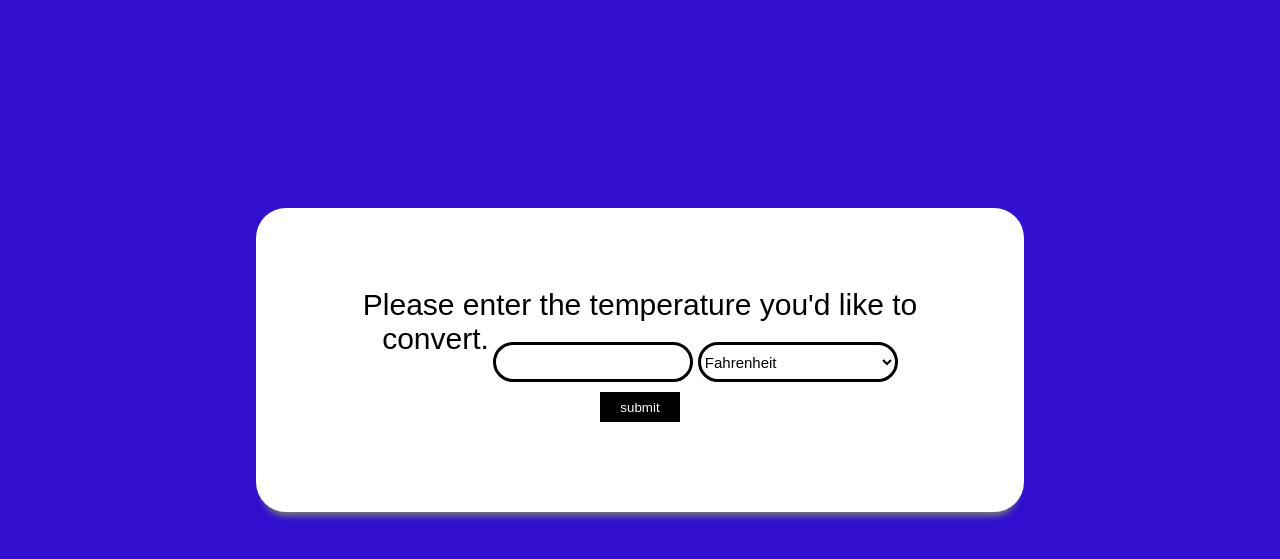
Repository: Mayur2905/OIBSIP
Page: Task-4/index.html
These files come from the project's save history. The page is drawn as it stood at one moment and after the next save; the edit follows.
The browser window is 1280 px wide. The pictures show the whole page.

Above is the page before, as saved 2022-02-03 23:18:09.

### Task-4/index.html
<!DOCTYPE html>
<html lang="en">
<head>
    <meta charset="UTF-8">
    <meta http-equiv="X-UA-Compatible" content="IE=edge">
    <meta name="viewport" content="width=device-width, initial-scale=1.0">
    <title>Document</title>
    <link rel="stylesheet" href="style.css">
</head>
<body>
    <script type="text/javascript">
        function convert(){
            const temp = document.getElementById('temp').value;
            const ty = document.getElementById('type').value;
            if(ty == 'fah' )
            {
                var f = (temp*1.8)+32;
                document.getElementById('result').innerHTML=`= ${f}°Fahrenheit`;
            }
            else{
                var f= (temp*1) + 273.15;
                document.getElementById('result').innerHTML=`= ${f}°Kelvin`;
            }


        }
    </script>
    <form id="tempCalc" onsubmit="convert(); return false">
        <label for="temp">Please enter the temperature you'd like to convert.</label>
        <input type="number" name="temp" id="temp">
        <select name="temp_diff" id="type">
            <option value="fah">Fahrenheit</option>
            <option value="Kel">Kelvin</option>
        </select><br/>
        <input id="btn" type="submit" value="submit" name="temp">
        <div id="result"></div>
    </form>
</body>
</html>

### Task-4/style.css
* {
  margin: 0;
  padding: 0;
  box-sizing: border-box;
  font-family: "Mulish", sans-serif;
}

body {
  width: 100vw;
  height: 100vh;
  background-color: #320fce;
  display: grid;
  align-items: center;
}

form {
  background-color: #ffffff;
  padding: 80px;
  width: 60%;
  margin: 100px auto;
  text-align: center;
  box-shadow: 0 10px 6px -6px #777;
  border-radius: 30px;
}

#tempCalc label {
  font-size: 30px;
}

#temp {
  border: solid;
  border-radius: 30px;
  padding: 10px;
  height: 40px;
  width: 200px;
  font-size: 20px;
  margin-top: 20px;
  vertical-align: top;
}

#type {
  height: 40px;
  border: solid;
  border-radius: 30px;
  margin-top: 20px;
  font-size: 15px;
  height: 40px;
  width: 200px;
  vertical-align: top;
  background-color: #ffffff;
}

#btn {
  background-color: black;
  height: 30px;
  width: 80px;
  color: white;
  margin: 10px;
  border: none;
}
#result {
  font-size: 15px;
  font-weight: 600;
}

After the next save:
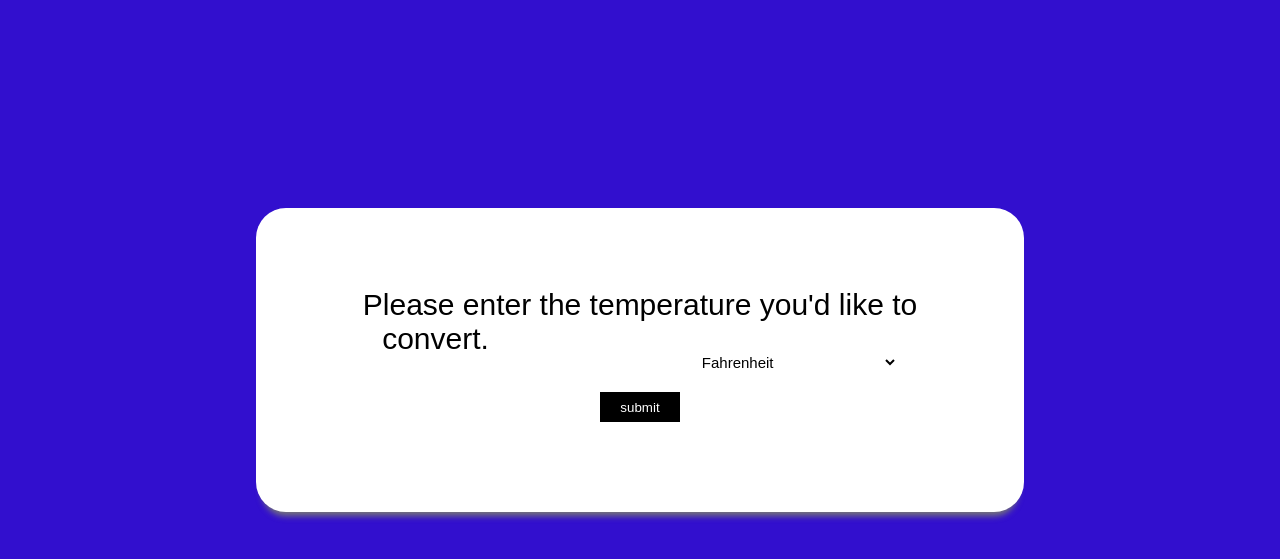
Saved 2 min 50 s later.
--- a/Task-4/style.css
+++ b/Task-4/style.css
@@ -28,8 +28,8 @@ form {
 }
 
 #temp {
-  border: solid;
-  border-radius: 30px;
+  border: grey;
+  border-radius: 20px;
   padding: 10px;
   height: 40px;
   width: 200px;
@@ -40,14 +40,18 @@ form {
 
 #type {
   height: 40px;
-  border: solid;
-  border-radius: 30px;
+  border: grey;
+  border-radius: 20px;
   margin-top: 20px;
   font-size: 15px;
   height: 40px;
   width: 200px;
   vertical-align: top;
   background-color: #ffffff;
+}
+#type,
+#temp :active {
+  border-color: aqua;
 }
 
 #btn {
